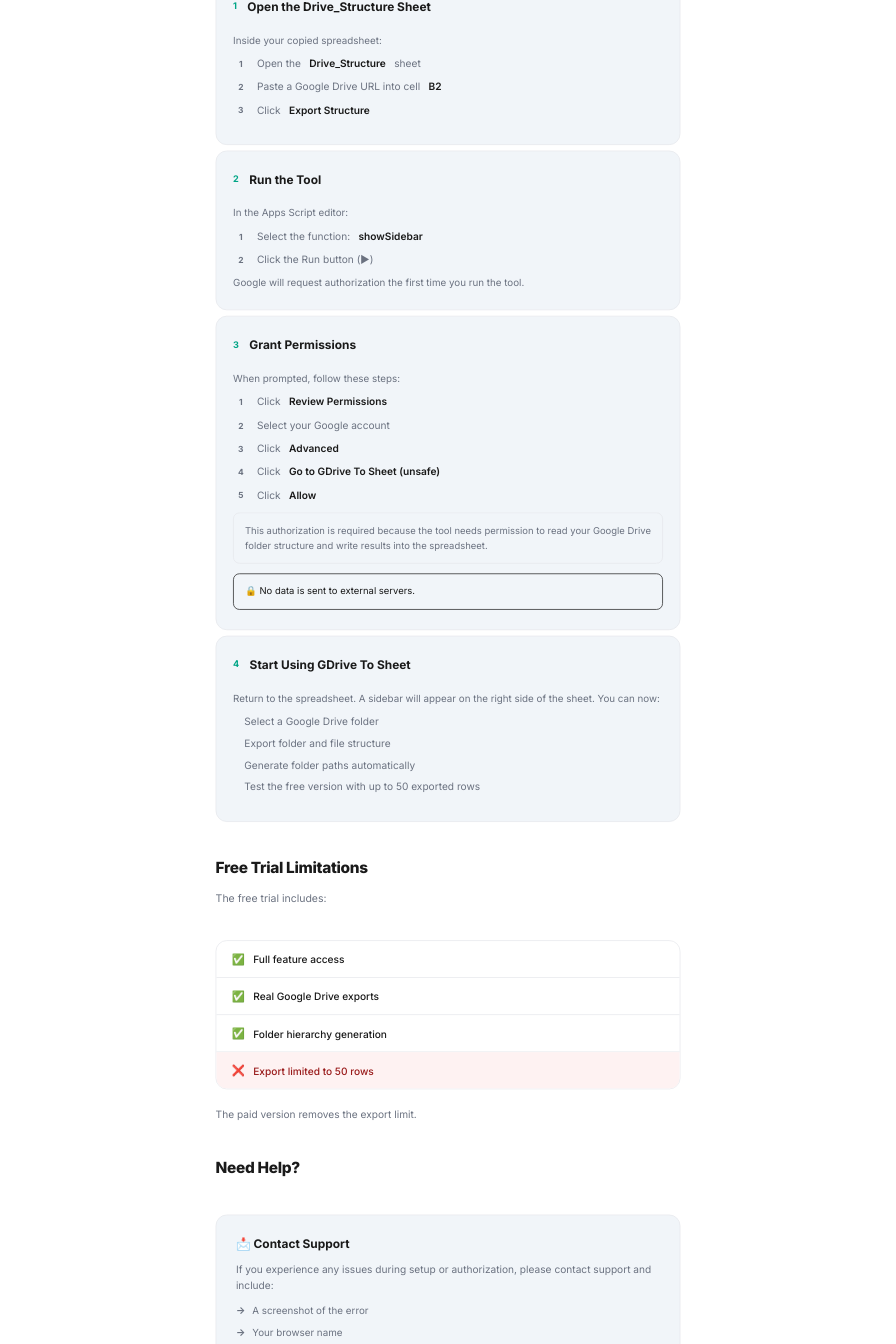
Repository: toishitool/gdrive-to-sheet
Page: free-thanks.html
An editor plug-in stored every save of this project. The page is shown before and after the next save, followed by the edit.
The browser window is 1280 px wide. The pictures show the part of the page from y = 963 to 2883 px (the page is 4072 px tall before and 3973 px after), at 70% of full size.

Above is the page before, as saved 2026-06-22 19:14:27.

After the next save:
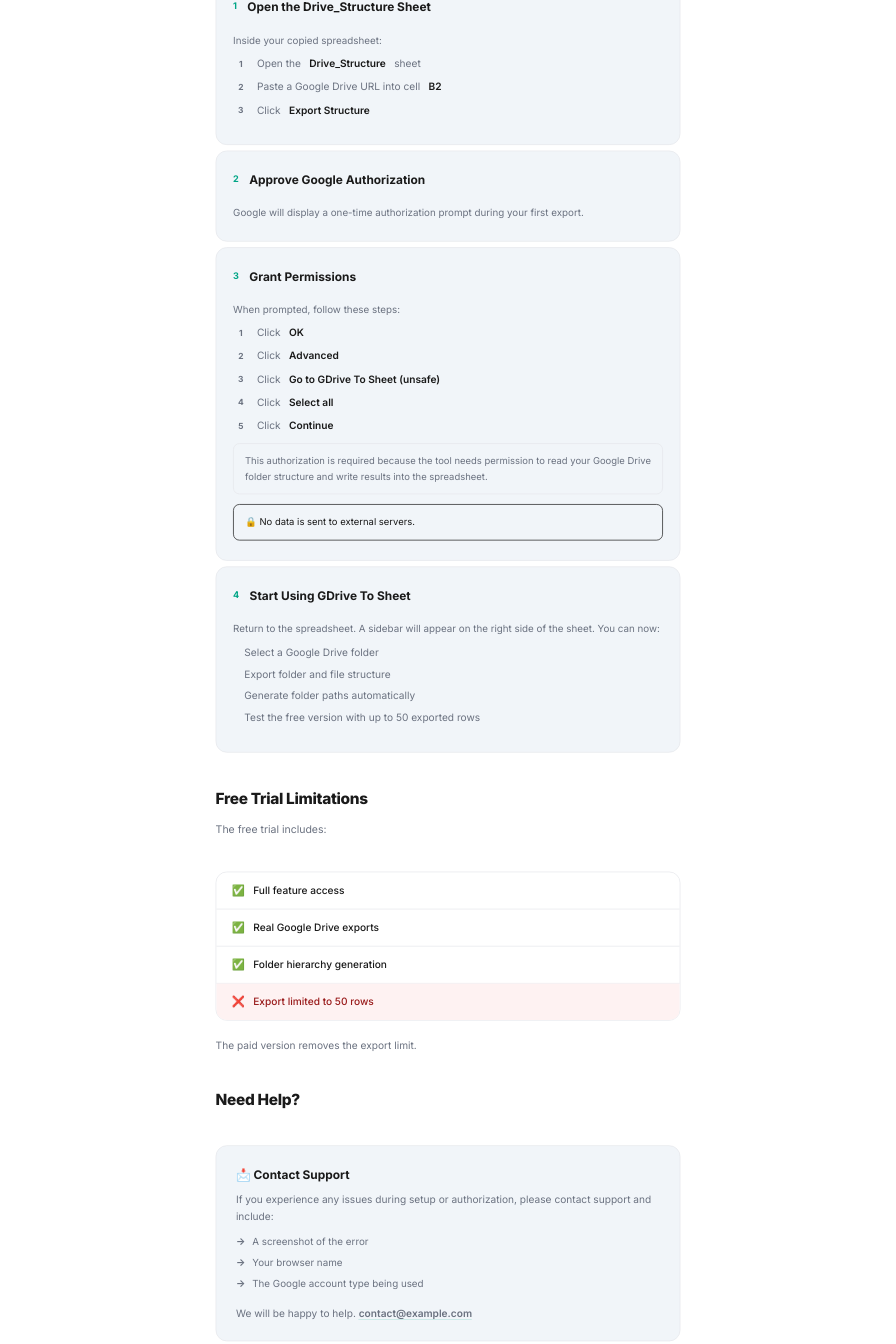
Saved 41 s later.
--- a/free-thanks.html
+++ b/free-thanks.html
@@ -69,18 +69,15 @@
 </div>
 
       <!-- Step 2 -->
-      <div class="step-card">
-        <div class="step-card-head">
-          <div class="step-num">2</div>
-          <h3>Run the Tool</h3>
-        </div>
-        <p>In the Apps Script editor:</p>
-        <ol class="ordered-list">
-          <li>Select the function: <strong>showSidebar</strong></li>
-          <li>Click the Run button (▶)</li>
-        </ol>
-        <p>Google will request authorization the first time you run the tool.</p>
-      </div>
+<div class="step-card">
+<div class="step-card-head">
+<div class="step-num">2</div>
+<h3>Approve Google Authorization</h3>
+</div>
+
+<p>Google will display a one-time authorization prompt during your first export.</p>
+
+</div>
 
       <!-- Step 3 -->
       <div class="step-card">
@@ -90,11 +87,11 @@
         </div>
         <p>When prompted, follow these steps:</p>
         <ol class="ordered-list">
-          <li>Click <strong>Review Permissions</strong></li>
-          <li>Select your Google account</li>
-          <li>Click <strong>Advanced</strong></li>
-          <li>Click <strong>Go to GDrive To Sheet (unsafe)</strong></li>
-          <li>Click <strong>Allow</strong></li>
+          <li>Click <strong>OK</strong></li>
+<li>Click <strong>Advanced</strong></li>
+<li>Click <strong>Go to GDrive To Sheet (unsafe)</strong></li>
+<li>Click <strong>Select all</strong></li>
+<li>Click <strong>Continue</strong></li>
         </ol>
         <div class="note-callout">
           This authorization is required because the tool needs permission to read your Google Drive folder structure and write results into the spreadsheet.
